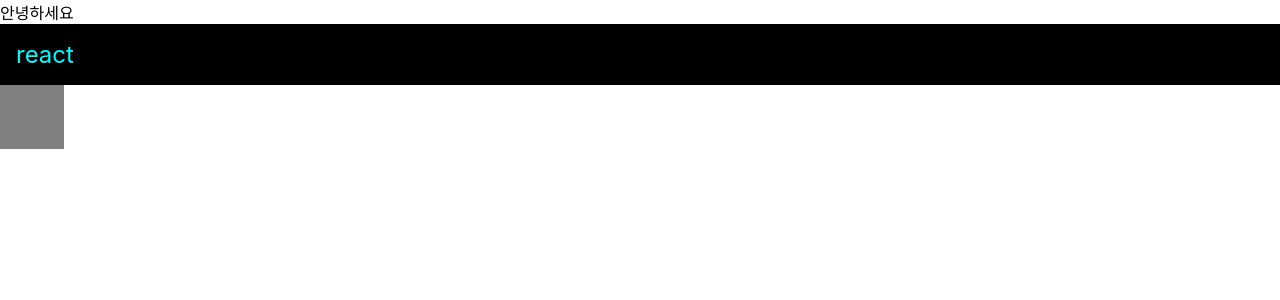
Repository: sojihwan/react-restart
Page: / (app in re-recat/)
These files come from the project's save history. The page is drawn as it stood at one moment and after the next save; the edit follows.
The browser window is 1280 px wide. The pictures show the whole page.
The project was rebuilt for these pictures with package versions that can differ from the ones it lists, and the page was loaded fresh each time.

Above is the page before, as saved 2022-09-05 10:52:44.

### re-recat/src/App.js
import React from 'react';
import Hello from './step1/Hello';
import './App.css';


function App() {
  const name = 'react';
  const style = {
    backgroundColor: 'black',
    color: 'aqua',
    fontSize: 24, // 기본 단위 px
    padding: '1rem' // 다른 단위 사용 시 문자열로 설정
  }

  return (
    <>
      <Hello />
      <div style={style}>{name}</div>
      <div className="gray-box"></div>
    </>
  );
}

export default App;

### re-recat/src/step1/Hello.js
import React from "react";

function Hello() {
  return(
      <div>
        안녕하세요
      </div>
  );
}

export default Hello

Loaded but not shown: re-recat/public/index.html (common file); re-recat/src/index.js (common file); re-recat/src/index.css (common file); re-recat/src/reportWebVitals.js (common file); re-recat/src/App.css (common file)

After the next save:
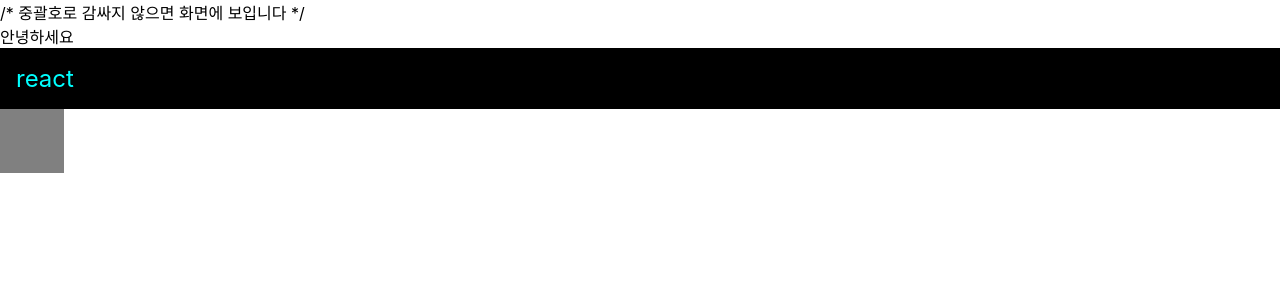
Saved 59 s later.
--- a/re-recat/src/App.js
+++ b/re-recat/src/App.js
@@ -14,7 +14,11 @@
 
   return (
     <>
-      <Hello />
+      {/* 주석은 화면에 보이지 않습니다 */}
+      /* 중괄호로 감싸지 않으면 화면에 보입니다 */
+      <Hello
+        // 열리는 태그 내부에서는 이렇게 주석을 작성 할 수 있습니다.
+      />
       <div style={style}>{name}</div>
       <div className="gray-box"></div>
     </>

After the save that followed:
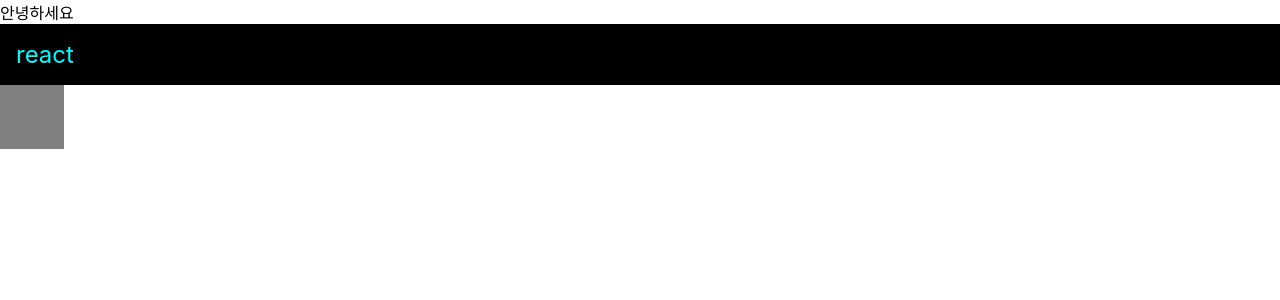
Saved 19 s later.
--- a/re-recat/src/App.js
+++ b/re-recat/src/App.js
@@ -15,7 +15,6 @@
   return (
     <>
       {/* 주석은 화면에 보이지 않습니다 */}
-      /* 중괄호로 감싸지 않으면 화면에 보입니다 */
       <Hello
         // 열리는 태그 내부에서는 이렇게 주석을 작성 할 수 있습니다.
       />
